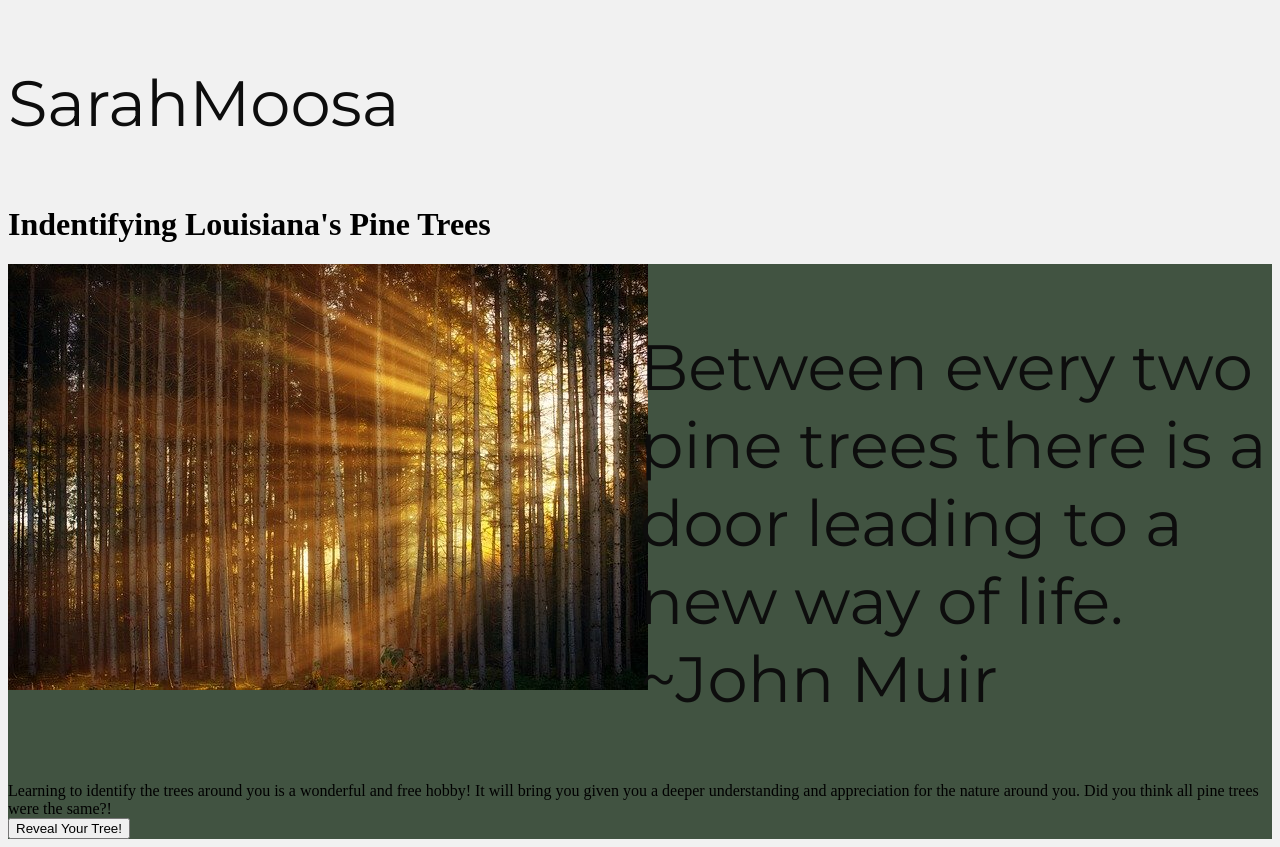
Repository: Sbethm/louisianaPineTrees
Page: pine_main.html
An editor plug-in stored every save of this project. The page is shown before and after a run of saves, followed by the edit.
The browser window is 1280 px wide. The pictures show the whole page.
The style sheet was rebuilt from its Sass, Less or Tailwind sources for each picture, by a compiler version that may differ from the author's.

Above is the page before, as saved 2021-09-15 16:58:25.

### pine_main.html
<!DOCTYPE html>
<html lang="en">
<head>
    <meta charset="UTF-8">
    <meta http-equiv="X-UA-Compatible" content="IE=edge">
    <meta name="viewport" content="width=device-width, initial-scale=1.0">
    <link rel="preconnect" href="https://fonts.googleapis.com">
    <link rel="preconnect" href="https://fonts.gstatic.com" crossorigin>
    <link href="https://fonts.googleapis.com/css2?family=Architects+Daughter&family=Montserrat:ital,wght@0,400;0,500;0,700;1,400;1,500;1,700&display=swap" rel="stylesheet">
    <!--
        headerFont: 'Architects Daughter', cursive;
        mainFont: 'Montserrat', sans-serif;
    -->
    <link rel="stylesheet" href="./CSS/main.css">
    <title>Louisiana Pine Trees</title>
</head>
<body>
    <header>
        <p>SarahMoosa</p>
    </header>
    <main>
        <h1>Indentifying Louisiana's Pine Trees</h1>
        <div class="intro-container container">
            <img src="./img/forest-pine.jpg" alt="">
            <p class="float-right quote">Between every two pine trees there is a door leading to a new way of life. ~John Muir</p>
        </div>
        <div class="questions-container container">
            <div class="bg-image call-to-action">Learning to identify the trees around you is a wonderful and free hobby! It will bring you given you a deeper understanding and appreciation for the nature around you. Did you think all pine trees were the same?!</div>
            <section class="question-block">
                <div class="question"></div>
            </section>
            <section class="question-block">
                <div class="question"></div>
            </section>
            <section class="question-block">
                <div class="question"></div>
            </section>
            <section class="question-block">
                <div class="question"></div>
            </section>
            <section class="question-block">
                <div class="question"></div>
            </section>
            <div class="results-btn btn">
                <button>Reveal Your Tree!</button>
            </div>
            <div class="results"></div>
        </div>
    </main>
</body>

### src/scss/main.scss
@import "./variables";


//GLOBAL STYLES
body {
    background-color: #f1f1f1;
}


h1
h2 {
    font-family: $headerFont;

}

p {
    font-family: $mainFont;
    font-size: clamp(1rem, 5vw, 4rem);
    color: $acColorDr;
}

.container {
    background-color: $mainColor;
}

.intro-container {
    display: grid;
    grid-template-columns: 50% 50%;
    grid-auto-rows: 100%;

    & img {
        grid-column: 1/3;
        grid-row: 1;
        display: inline;
        max-width: 100%;
        z-index: 1;
    }

    & .quote {
        grid-column: 2/3;
        grid-row: 1;
        align-self: center;
        z-index: 9;
    }
}

### src/scss/_variables.scss
//COLORS
$mainColor: hsl(120, 12%, 29%);
$acColorLi: hsl(0, 0%, 29%);
$acColorDr: hsl(0, 0%, 5%);

//FONTS
$headerFont: 'Architects Daughter', cursive;
$mainFont: 'Montserrat', sans-serif;

After the next 2 saves:
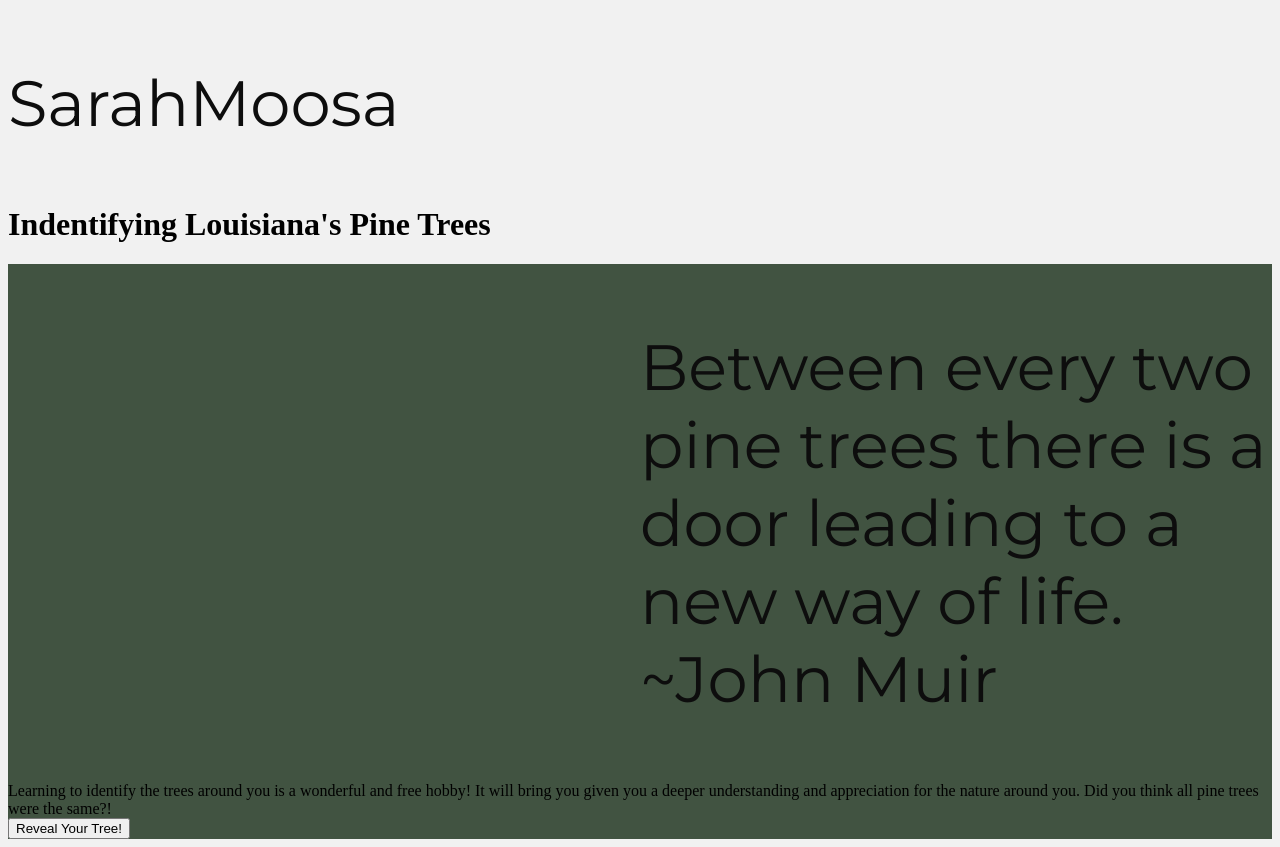
The 2 saves are shown as one change because they came seconds apart.
The last was saved 18 h 26 min later.
--- a/pine_main.html
+++ b/pine_main.html
@@ -21,7 +21,6 @@
     <main>
         <h1>Indentifying Louisiana's Pine Trees</h1>
         <div class="intro-container container">
-            <img src="./img/forest-pine.jpg" alt="">
             <p class="float-right quote">Between every two pine trees there is a door leading to a new way of life. ~John Muir</p>
         </div>
         <div class="questions-container container">
